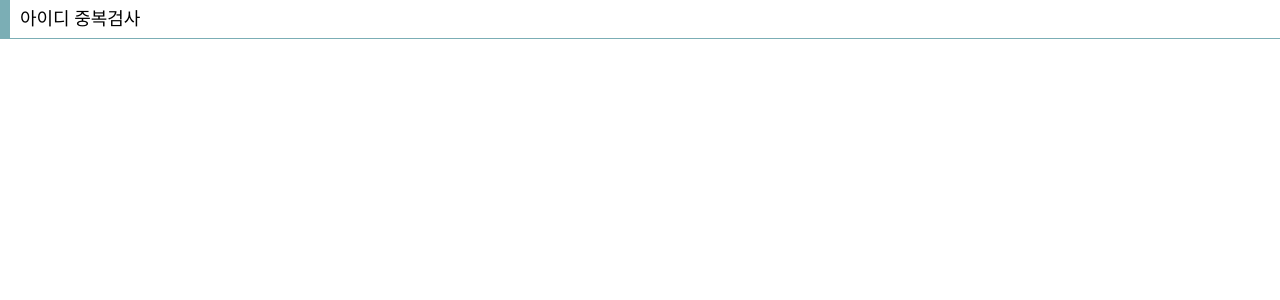
Repository: Choiinhwan11/JAVA
Page: Web/workspace/AJax_jQuery/src/main/webapp/02_xml/exam03.html
These files come from the project's save history. The page is drawn as it stood at one moment and after the next save; the edit follows.
The browser window is 1280 px wide. The pictures show the whole page.

Above is the page before, as saved 2024-02-16 06:35:00.

### Web/workspace/AJax_jQuery/src/main/webapp/02_xml/exam03.html
<!DOCTYPE html>
<html>
<head>
<meta charset="UTF-8">
<title>Insert title here</title>
<link rel="stylesheet" href="../css/common.css">
<link rel="stylesheet" href="../css/reset.css">
</head>
<body>
	<h1 class="title">아이디 중복검사</h1>
	<script src="http://code.jQuery.com/jquery-3.7.1.min.js"></script>
  <script>
    $(function(){
    });
  </script>
</body>
</html>

### Web/workspace/AJax_jQuery/src/main/webapp/css/common.css
@charset "UTF-8";

html, body {
	width: 100%;
	height: 100%;
}

h1.title {
	font-size: large;
	border-left: 10px solid #7BAEB5;
	border-bottom: 1px solid #7BAEB5;
	padding: 10px;
	width: auto;
	background-color: #fff;
}

div.exec, div.console {
	padding: 20px 15px;
	border-bottom: 1px solid #7BAEB5;
}

div.console {
	font-family: 'Courier New';
	font-size: 12px;
	font-style: italic;
	line-height: 130%;
}

div.example {
	padding: 10px 30px;
}

### Web/workspace/AJax_jQuery/src/main/webapp/css/reset.css
@charset "UTF-8";

html, body, div, span, applet, object, iframe,
h1, h2, h3, h4, h5, h6, p, blockquote, pre,
a, abbr, acronym, address, big, cite, code,
del, dfn, em, img, ins, kbd, q, s, samp,
small, strike, strong, sub, sup, tt, var,
b, u, i, center,
dl, dt, dd, ol, ul, li,
fieldset, form, label, legend,
table, caption, tbody, tfoot, thead, tr, th, td,
article, aside, canvas, details, embed,
figure, figcaption, footer, header, hgroup,
menu, nav, output, ruby, section, summary,
time, mark, audio, video {
	margin: 0;
	padding: 0;
	border: 0;
	font-size: 100%;
	font: inherit;
	vertical-align: baseline;
}
/* HTML5 display-role reset for older browsers */
article, aside, details, figcaption, figure,
footer, header, hgroup, menu, nav, section {
	display: block;
}
body {
	line-height: 1;
}
ol, ul {
	list-style: none;
}
blockquote, q {
	quotes: none;
}
blockquote:before, blockquote:after,
q:before, q:after {
	content: '';
	content: none;
}
table {
	border-collapse: collapse;
	border-spacing: 0;
}

After the next save:
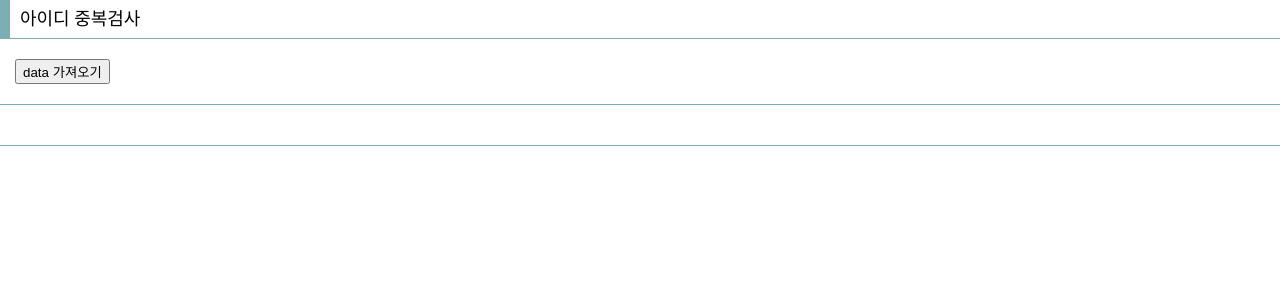
Saved 14 s later.
--- a/Web/workspace/AJax_jQuery/src/main/webapp/02_xml/exam03.html
+++ b/Web/workspace/AJax_jQuery/src/main/webapp/02_xml/exam03.html
@@ -8,6 +8,10 @@
 </head>
 <body>
 	<h1 class="title">아이디 중복검사</h1>
+	<div class="exec">
+    <input type="button" value="data 가져오기" id="mybtn"/>
+  </div>
+  <div class="console" id="result"></div>
 	<script src="http://code.jQuery.com/jquery-3.7.1.min.js"></script>
   <script>
     $(function(){
